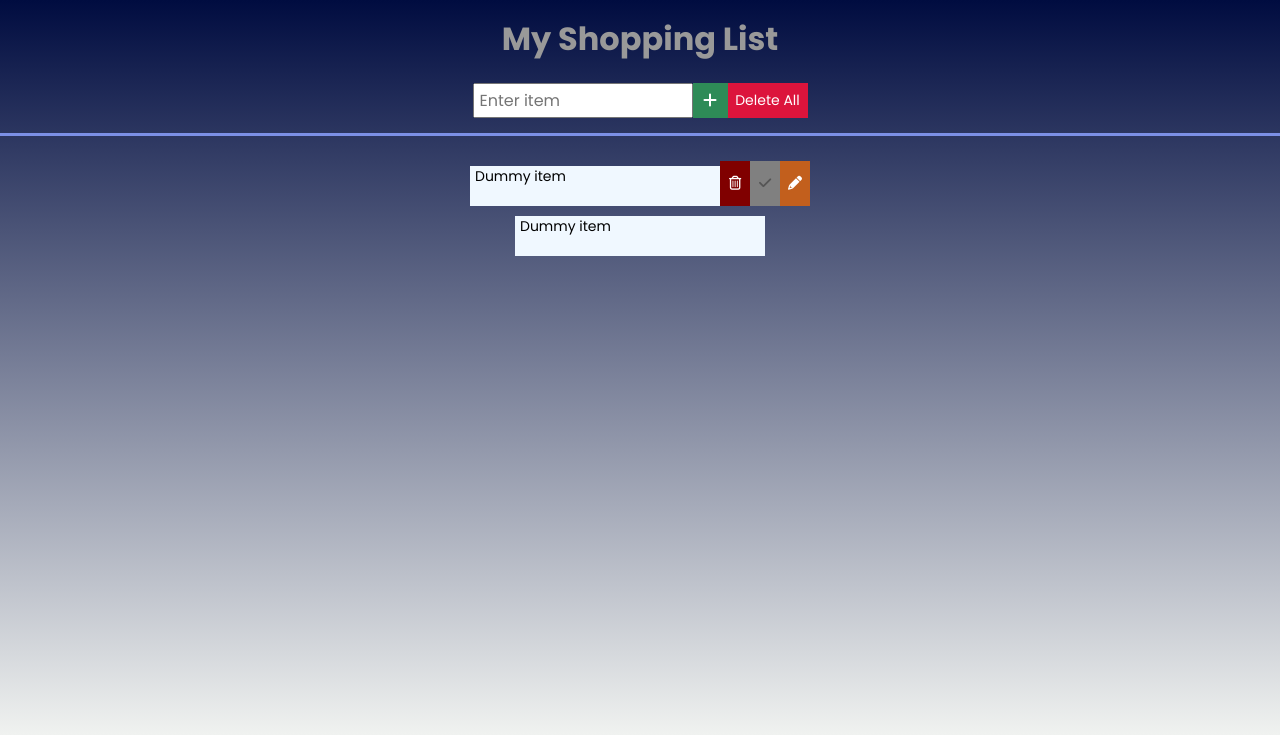
Repository: SaadYasin/shopping-list01-js
Page: index.html
The author's editor kept a copy of each file at every save. The page is drawn from the files as they stood at one save, then again after the next save.
The browser window is 1280 px wide. The pictures show the whole page.

Above is the page before, as saved 2021-12-05 19:13:40.

### index.html
<!DOCTYPE html>
<html lang="en">
<head>
    <meta charset="UTF-8">
    <meta http-equiv="X-UA-Compatible" content="IE=edge">
    <meta name="viewport" content="width=device-width, initial-scale=1.0">
    <title>Shopping List App</title>
    <link rel="stylesheet" href="styles.css">
    <link rel="preconnect" href="https://fonts.googleapis.com">
    <link rel="preconnect" href="https://fonts.gstatic.com" crossorigin>
    <link href="https://fonts.googleapis.com/css2?family=Poppins:ital,wght@0,100;0,300;0,400;0,600;0,700;1,100;1,300;1,400;1,600;1,700&display=swap" rel="stylesheet">

    <link rel="stylesheet" href="https://cdnjs.cloudflare.com/ajax/libs/font-awesome/6.0.0-beta3/css/all.min.css">

</head>
<body>
    <header>
        <h1>My Shopping List</h1>

        <div id="input-form">
            <input type="text" id="item-txt" name="item-text" placeholder="Enter item" aria-label="Enter item" required>

            <button id="btn" class="btn plus-btn" type="button"><i class="fa fa-plus" aria-hidden="true"></i></button>

            <button class="btn btn-delete-all" type="button" >Delete All</button>

        </div>

        <div id="divider"></div>

        <div class="container">
            <ul id="items-list">
                <div class="list-line">
                    <div>
                        <li class="item">Dummy item</li>
                    </div>
                    <button class="btn btn-delete-item" type="button"><i class="far fa-trash-alt"></i></button>
                    <button class="btn btn-done"><i class="fas fa-check"></i></button>
                    <button class="btn btn-edit"><i class="fas fa-pencil-alt"></i></button>
                </div>
                <div class="list-line">
                    <li class="item">Dummy item</li>

                </div>
            </ul>
        </div>
    </header>
    <script src="app.js"></script>
</body>
</html>

### styles.css
* {
    padding: 0;
    margin: 0;
    box-sizing: border-box;
    font-family: 'Poppins', sans-serif;
}

body {
    min-height: 100vh;
    background: #F0F2F0;  /* fallback for old browsers */
background: -webkit-linear-gradient(to top, #f0f2f0 , #000C40);  /* Chrome 10-25, Safari 5.1-6 */
background: linear-gradient(to top,#f0f2f0 , #000C40); /* W3C, IE 10+/ Edge, Firefox 16+, Chrome 26+, Opera 12+, Safari 7+ */


}

header h1 {
    color: #999;
    text-align: center;
    margin-top: 15px;
}

#input-form {
    display: flex;
    margin-top: 20px;
    justify-content: center;
}

#item-txt {
    height: 35px;
    width: 220px;
    font-size: 16px;
    padding-left: 5px;
}

.btn {
    width: 35px;
    border: none;
    outline: none;
    font-size: 14px;
    color: #fff;
    cursor: pointer;
}

.plus-btn {
    background-color: seagreen;
    color: #fff;
    font-size: 16px;
}

.btn-delete-all {
    width: 80px;
    background-color: crimson;

}

#divider {
    width: 100vw;
    height: 3px;
    background-color: #7c90e6;
    margin-top: 15px;
}

.container {
    width: 100%;
    padding-top: 20px;

}

#items-list {
    display: flex;
    flex-direction: column;
    list-style-type: none;
}

.list-line {
    display: flex;
    justify-content: center;
    margin-top: 5px;
}

li {
    display: flex;
    width: 250px;
    height: 40px;
    font-size: 14px;
    background-color: aliceblue;
    padding-left: 5px;
    margin-top: 5px;
    margin-left: auto;
    margin-right: auto;

}

.btn-delete-item {
    width: 30px;
    background-color: maroon;
    color: #fff;

}

.btn-done {
    width: 30px;
    border: none;
    background-color: gray;
    color: #555;
    font-size: 14px;
}

.btn-edit {
    width: 30px;
    background-color: rgb(194, 95, 29);
    color: #fff;

}

### app.js
const addBtn = document.querySelector('#btn');
const inputText = document.querySelector('#item-txt');
const list = document.querySelector('.container ul');

addBtn.addEventListener('click', (e) => {

    // Check that there is an input text
    if (inputText.value !== "") {
        e.preventDefault();

        // Create li
        const newLi = document.createElement('li');
        newLi.innerHTML = inputText.value;
        list.appendChild(newLi);
    }
});

After the next save:
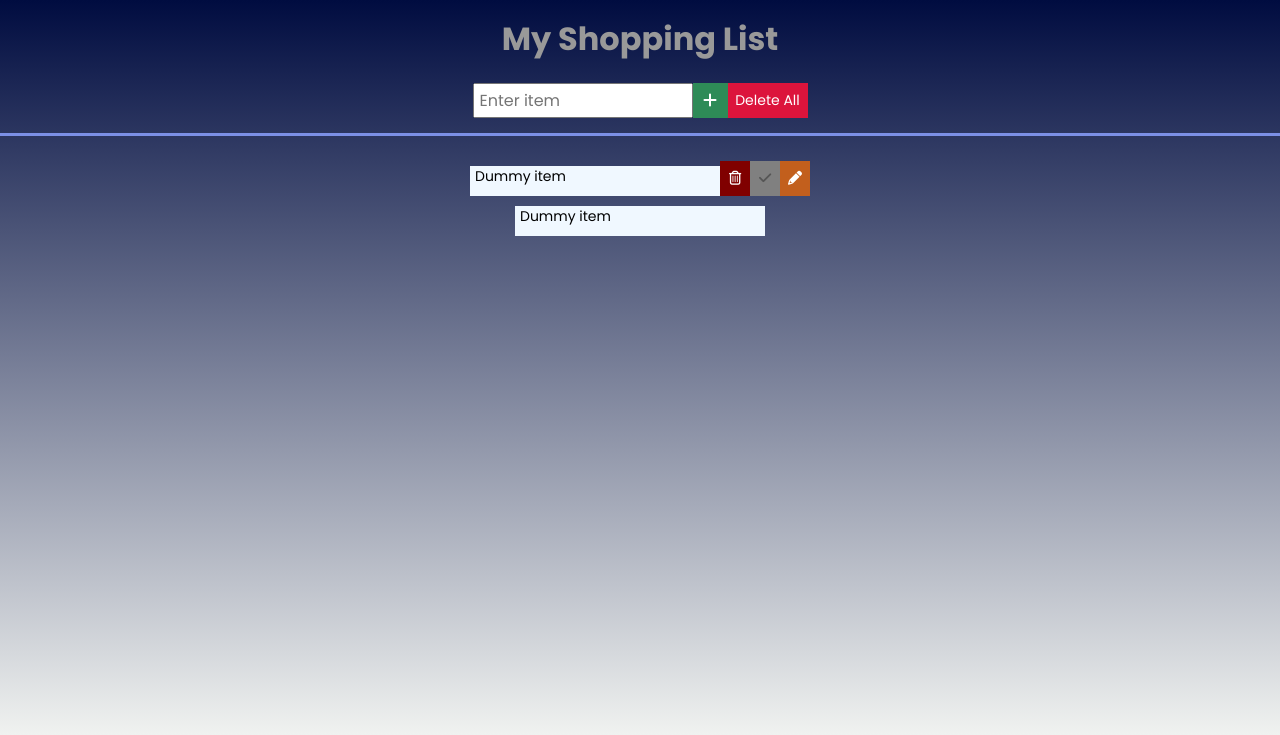
Saved 6 s later.
--- a/styles.css
+++ b/styles.css
@@ -82,7 +82,7 @@ header h1 {
 li {
     display: flex;
     width: 250px;
-    height: 40px;
+    height: 30px;
     font-size: 14px;
     background-color: aliceblue;
     padding-left: 5px;
